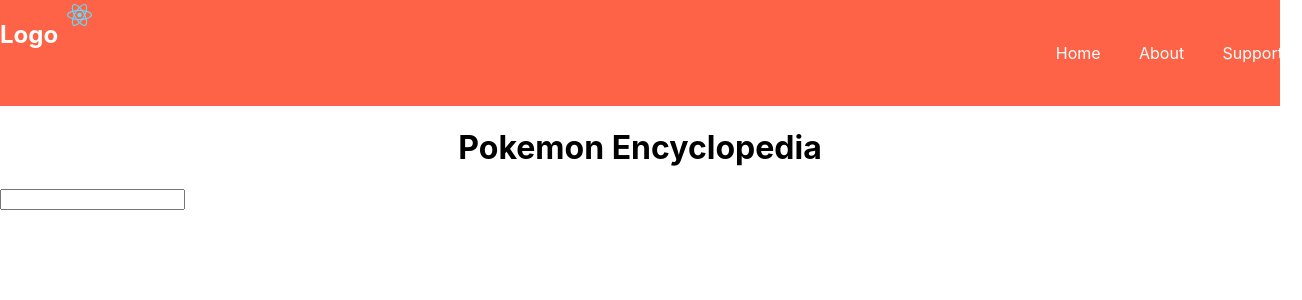
Repository: Gibberlin/pokedex
Page: /
An editor plug-in stored every save of this project. The page is shown before and after a run of saves, followed by the edit.
The browser window is 1280 px wide. The page is 1302 px wide, so the pictures cover 1302 px, including what lies to the right of the window. The pictures show the whole page.
The project was rebuilt for these pictures with package versions that can differ from the ones it lists, and the page was loaded fresh each time.

Above is the page before, as saved 2021-09-29 00:48:32.

After the next 2 saves:
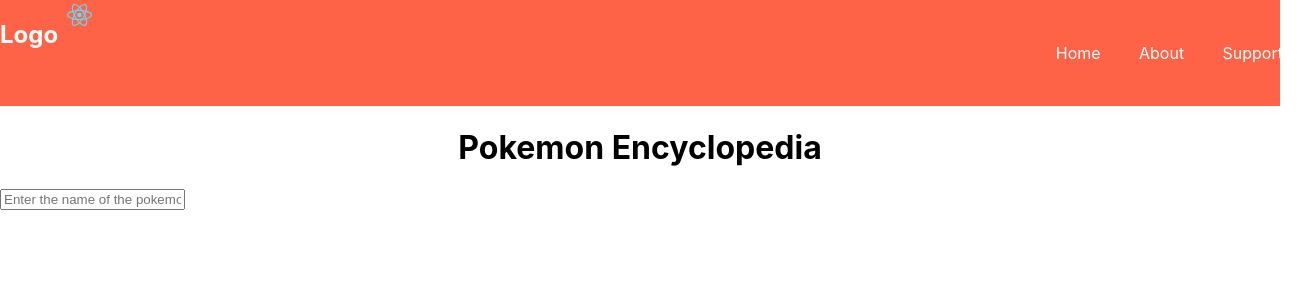
The 2 saves are shown as one change because 1 did not build or start.
The last was saved 9 min 17 s later.
--- a/src/components/Cards.js
+++ b/src/components/Cards.js
@@ -20,7 +20,10 @@
 
     return (
         <div className="card">
-            <input type="text"  />
+            <input type="text"
+            placeholder="Enter the name of the pokemon"
+            onChange={oninput}
+            value={InputEvent}/>
             <br />
             <h1>{poke}</h1>
 
